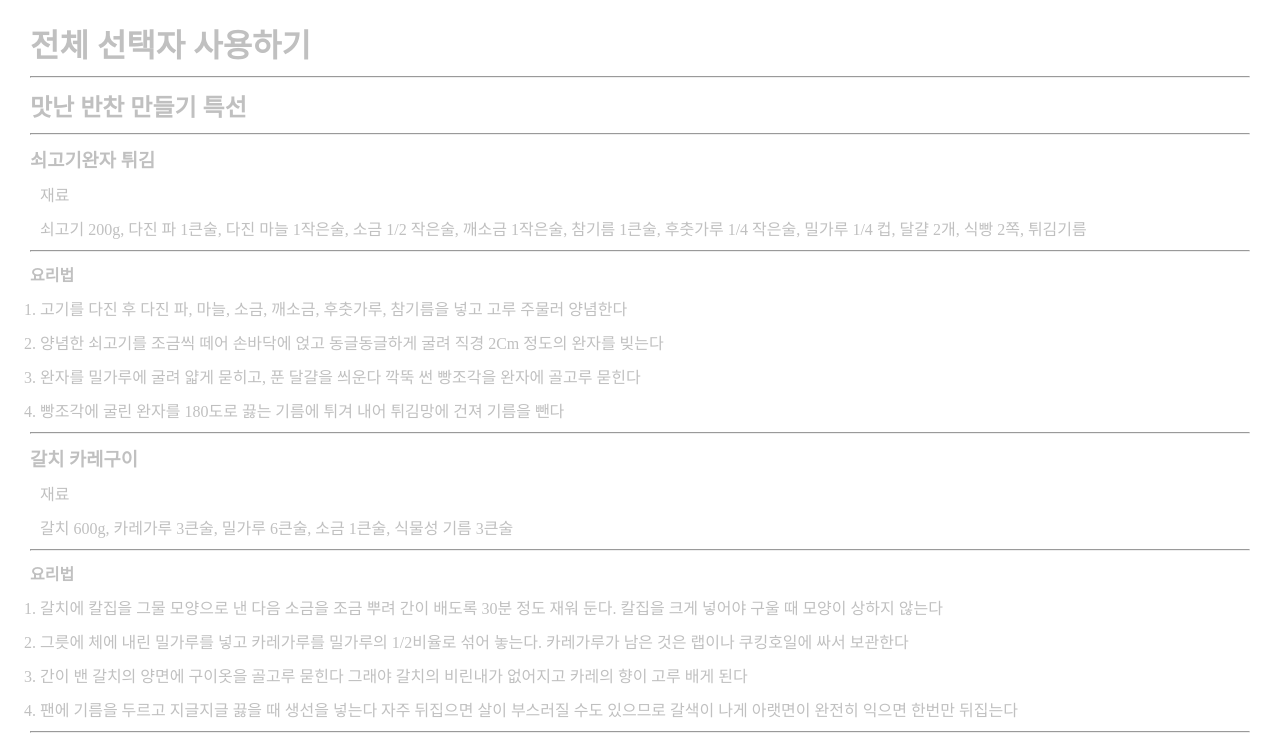
Repository: song-bean/Web_song
Page: 02_CSS/src/main/webapp/chapter02/unit08_01_all_before.html
An editor plug-in stored every save of this project. The page is shown before and after the next save, followed by the edit.
The browser window is 1280 px wide. The pictures show the whole page.

Above is the page before, as saved 2023-02-23 02:27:00.

After the next save:
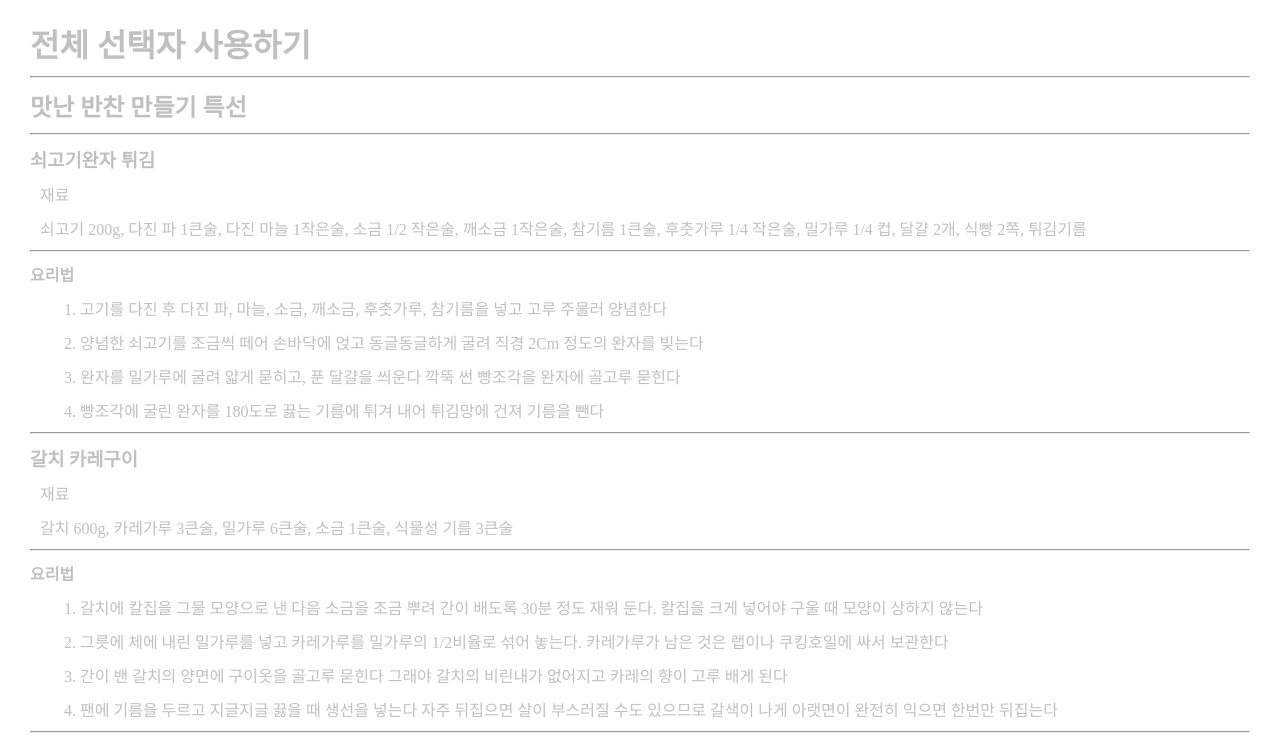
Saved 7 s later.
--- a/02_CSS/src/main/webapp/chapter02/unit08_01_all_before.html
+++ b/02_CSS/src/main/webapp/chapter02/unit08_01_all_before.html
@@ -8,7 +8,7 @@
 			*{ /* 모든 태그에 적용 */
 				color:silver;
 				margin: 10px;
-				padding: 0px;
+
 			}
 		</style>
 	</head>

After the save that followed:
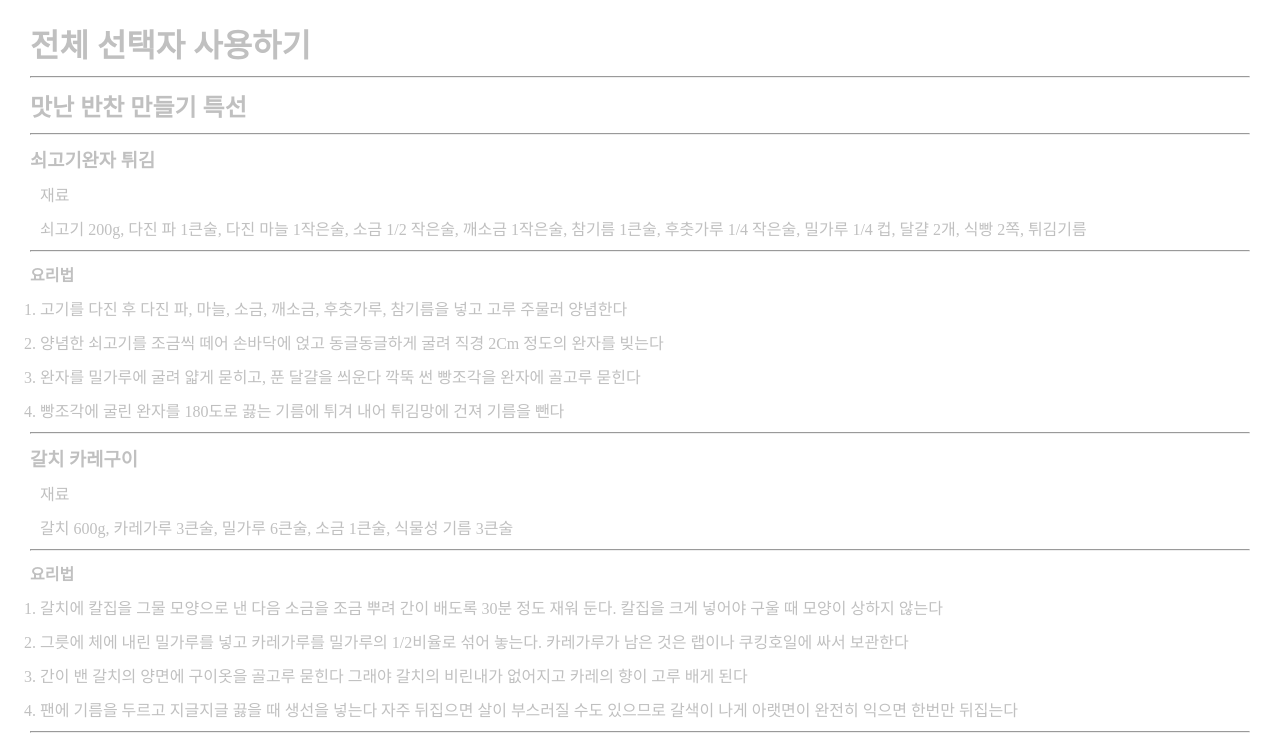
Saved 10 s later.
--- a/02_CSS/src/main/webapp/chapter02/unit08_01_all_before.html
+++ b/02_CSS/src/main/webapp/chapter02/unit08_01_all_before.html
@@ -8,7 +8,7 @@
 			*{ /* 모든 태그에 적용 */
 				color:silver;
 				margin: 10px;
-
+				padding: 0px;
 			}
 		</style>
 	</head>
